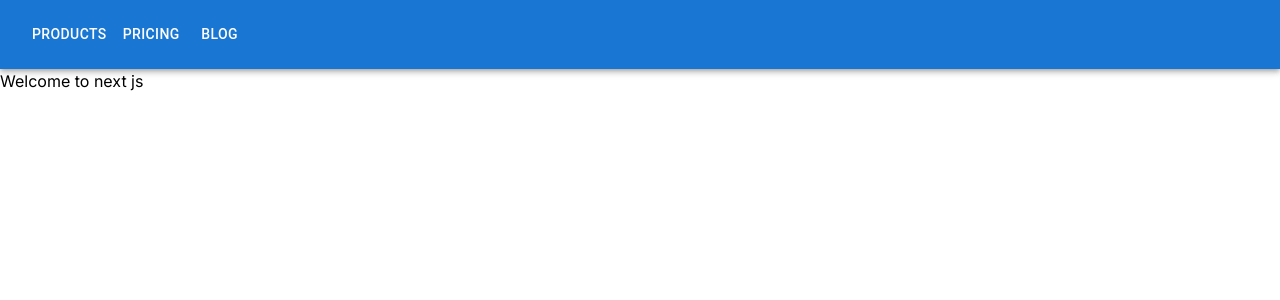
Repository: Wahid137/daily-news-nextjs
Page: /
An editor plug-in stored every save of this project. The page is shown before and after the next save, followed by the edit.
The browser window is 1280 px wide. The pictures show the whole page.
The project was rebuilt for these pictures with package versions that can differ from the ones it lists, and the page was loaded fresh each time. The framework's server and built-in components were replaced by stand-ins that run in the browser. Also part of the build but not shown: next.config.mjs.

Above is the page before, as saved 2024-02-22 14:26:53.

### src/app/layout.js
import Navbar from "@/components/shared/Navbar";
import { Inter } from "next/font/google";
import "./globals.css";

const inter = Inter({ subsets: ["latin"] });

export const metadata = {
  title: "Create Next App",
  description: "Generated by create next app",
};

export default function RootLayout({ children }) {
  return (
    <html lang="en">
      <body className={inter.className}>
        <Navbar />
        {children}
      </body>
    </html>
  );
}

### src/app/page.js

export default function Home() {
  return (
    <h1>Welcome to next js</h1>
  );
}

### src/components/shared/Navbar.js
"use client"

import AppBar from '@mui/material/AppBar';
import Box from '@mui/material/Box';
import Button from '@mui/material/Button';
import Container from '@mui/material/Container';
import Toolbar from '@mui/material/Toolbar';

const pages = ['Products', 'Pricing', 'Blog'];


function Navbar() {


    return (
        <AppBar position="static">
            <Container maxWidth="xl">
                <Toolbar disableGutters>



                    <Box sx={{ flexGrow: 1, display: { xs: 'none', md: 'flex' } }}>
                        {pages.map((page) => (
                            <Button
                                key={page}
                                sx={{ my: 2, color: 'white', display: 'block' }}
                            >
                                {page}
                            </Button>
                        ))}
                    </Box>


                </Toolbar>
            </Container>
        </AppBar>
    );
}
export default Navbar;

Loaded but not shown: src/app/globals.css (common file); tailwind.config.js (common file)

After the next save:
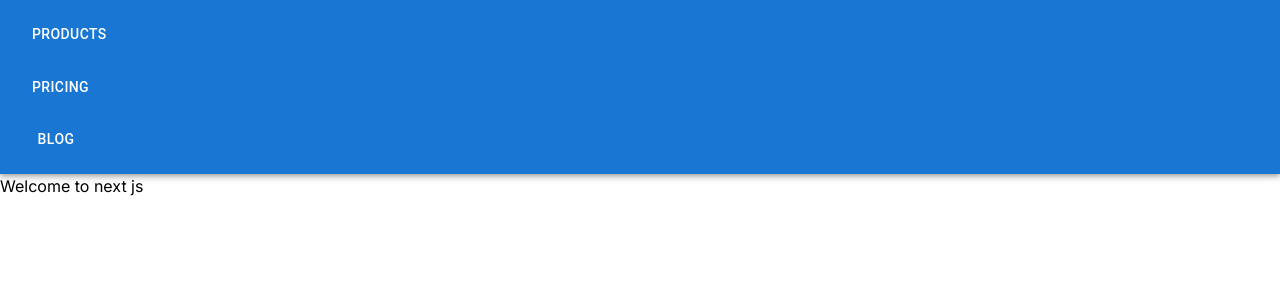
Saved 7 min 12 s later.
--- a/src/components/shared/Navbar.js
+++ b/src/components/shared/Navbar.js
@@ -19,7 +19,7 @@ function Navbar() {
 
 
 
-                    <Box sx={{ flexGrow: 1, display: { xs: 'none', md: 'flex' } }}>
+                    <Box>
                         {pages.map((page) => (
                             <Button
                                 key={page}
